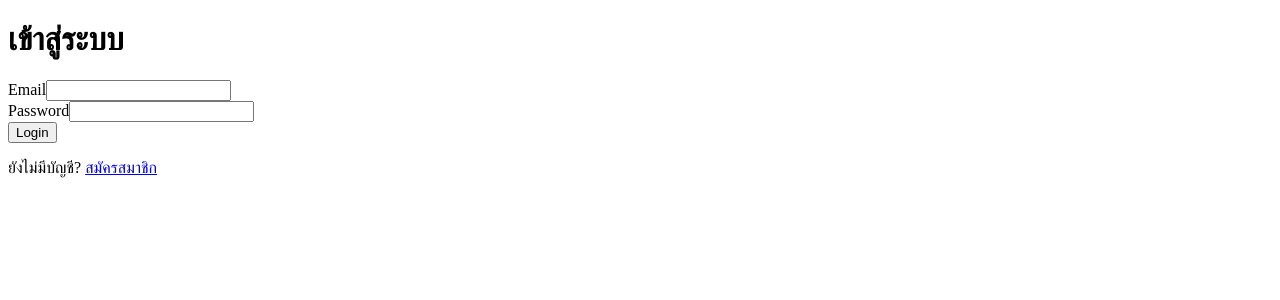
Repository: NongPond/Task_Management_App
Page: / (app in Task Management App/)
These files come from the project's save history. The page is drawn as it stood at one moment and after the next save; the edit follows.
The browser window is 1280 px wide. The pictures show the whole page.
The project was rebuilt for these pictures with package versions that can differ from the ones it lists, and the page was loaded fresh each time. Also part of the build but not shown: Task Management App/vite.config.ts, Task Management App/src/auth/Register.tsx, Task Management App/src/tasks/tasks.tsx, Task Management App/src/tasks/AddTask.tsx.

Above is the page before, as saved 2025-04-23 13:26:20.

After the next save:
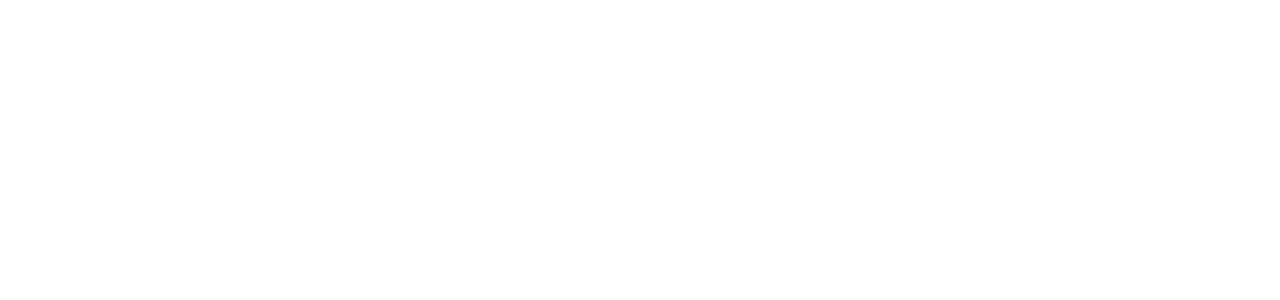
Console error: ReferenceError: AddTask is not defined
Saved 26 s later.
--- a/Task Management App/src/App.tsx
+++ b/Task Management App/src/App.tsx
@@ -2,7 +2,6 @@
 import Login from "./auth/Login";
 import Register from "./auth/Register";
 import Tasks from "./tasks/tasks";
-import AddTask from "./tasks/AddTask"; // 👈 นำเข้า component ใหม่
 
 function App() {
   return (

After the save that followed:
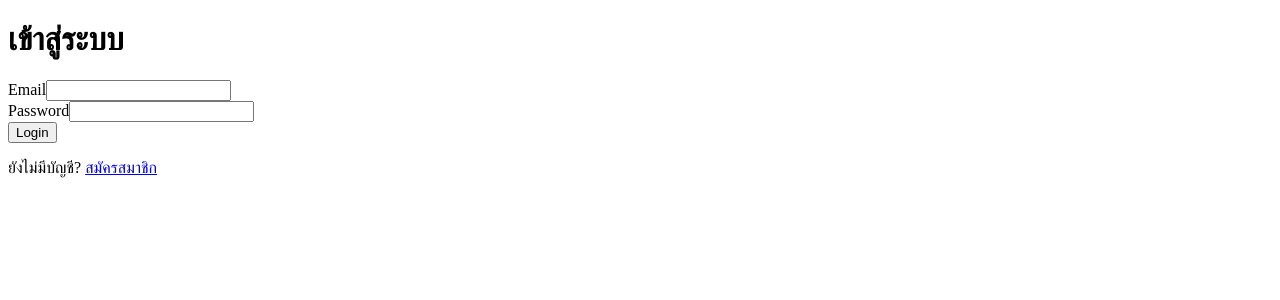
The error is gone.
Saved 28 s later.
--- a/Task Management App/src/App.tsx
+++ b/Task Management App/src/App.tsx
@@ -10,7 +10,6 @@
         <Route path="/" element={<Login />} />
         <Route path="/register" element={<Register />} />
         <Route path="/tasks" element={<Tasks />} />
-        <Route path="/tasks/add" element={<AddTask />} /> {/* 👈 เพิ่ม route นี้ */}
       </Routes>
     </BrowserRouter>
   );
